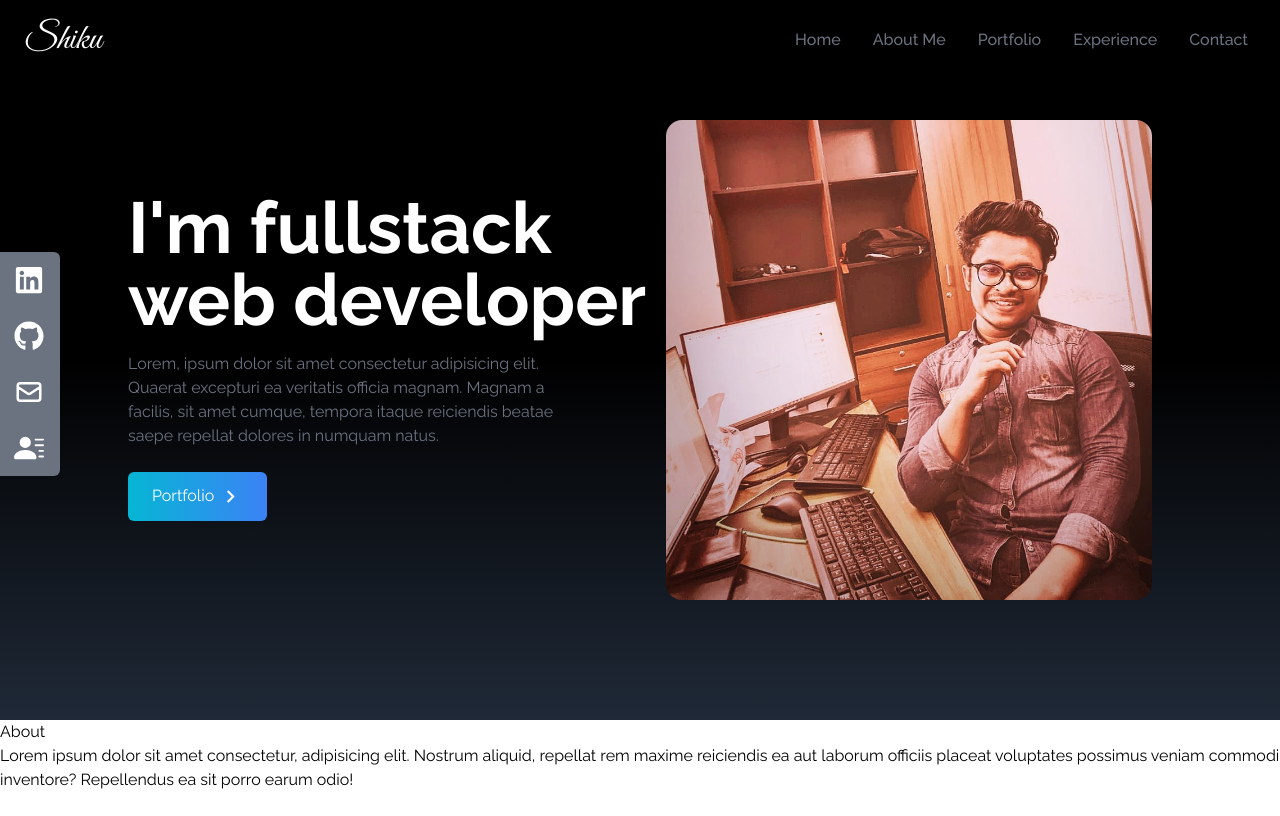
Repository: shikubro90/portfolio2
Page: /
An editor plug-in stored every save of this project. The page is shown before and after a run of saves, followed by the edit.
The browser window is 1280 px wide. The pictures show the whole page.
The project was rebuilt for these pictures with package versions that can differ from the ones it lists, and the page was loaded fresh each time. Imported but missing from the stored project, and not drawn on this page: src/assets/CV.pdf.

Above is the page before, as saved 2022-08-26 13:32:28.

### src/index.css
@import url('https://fonts.googleapis.com/css2?family=Raleway:ital,wght@0,200;0,300;0,400;0,500;0,600;0,700;0,800;0,900;1,100;1,200;1,300;1,400;1,500;1,600;1,700;1,800;1,900&display=swap');

@import url('https://fonts.googleapis.com/css2?family=Great+Vibes&display=swap');

@tailwind base;
@tailwind components;
@tailwind utilities;

@layer base{
  html{
    font-family: 'Raleway', sans-serif;
  }
}

### src/App.js
import About from "./components/About";
import Home from "./components/Home";
import Navbar from "./components/Navbar";
import SocialMedia from "./components/SocialMedia";


function App() {
  return (
    <div>
      <Navbar/>
      <Home/>
      <SocialMedia/>
      <About/>
    </div>
  );
}

export default App;

### src/components/About.jsx
import React from 'react'

const About = () => {
  return (
    <div>
      <div>
        <p>About</p>
      </div>
      <p>
        Lorem ipsum dolor sit amet consectetur, adipisicing elit. Nostrum aliquid, repellat rem maxime reiciendis ea aut laborum officiis placeat voluptates possimus veniam commodi inventore? Repellendus ea sit porro earum odio!
      </p>

      <br />

    </div>
  )
}

export default About

### src/components/Home.jsx
import React from 'react'
import heroImage from '../assets/about_me.png'
import {MdOutlineKeyboardArrowRight} from "react-icons/md"

const Home = () => {
  return (
    <div name="home" className='h-screen w-full bg-gradient-to-b from-black via-black to-gray-800 px-4'>
        <div className='max-w-screen-lg mx-auto flex flex-col md:flex-row items-center justify-center h-full'>

            <div className='flex flex-col justify-center text-white'>
                <h1 className='text-4xl sm:text-7xl font-bold'>I'm fullstack web developer</h1>

                <p className='text-gray-500 py-4 max-w-md'>Lorem, ipsum dolor sit amet consectetur adipisicing elit. Quaerat excepturi ea veritatis officia magnam. Magnam a facilis, sit amet cumque, tempora itaque reiciendis beatae saepe repellat dolores in numquam natus.</p>

                <button className='group w-fit flex flex-row items-center px-6 py-3 my-2 rounded-md bg-gradient-to-r from-cyan-500 to-blue-500 cursor-pointer'>
                    Portfolio
                    <span className='group-hover:rotate-90 duration-200'>
                        <MdOutlineKeyboardArrowRight className="ml-1" size={25} />
                    </span>
                </button>

            </div>
            <div>
                <img src={heroImage} alt="heroImage" className='rounded-2xl'/>
            </div>
        </div>
    </div>
  )
}

export default Home

### src/components/Navbar.jsx
import React, { useState } from 'react'
import {FaBars, FaTimes} from 'react-icons/fa'

const Navbar = () => {

  const [nav, setNav] = useState(false)

  const links =[
    {
      id : 1,
      link : "Home"
    },
    {
      id : 2,
      link : "About Me"
    },
    {
      id : 3,
      link : "Portfolio"
    },
    {
      id : 4,
      link : "Experience"
    },
    {
      id : 5,
      link : "Contact"
    },
  ]

  return (
    <div className='bg-black text-white flex justify-between items-center px-4 fixed w-full h-20'>
      <div>
        <h1 className='text-4xl font-signature ml-2'>Shiku</h1>
      </div>

        <ul className='hidden md:flex'>
          {
            links.map((link)=>{
              return(
                <li key={link.id} className='px-4 cursor-pointer capitalize font-medium text-gray-500 hover:scale-105 duration-200 '>
                  {link.link}
                </li>
              )
            })
          }
        </ul>
        <div onClick={()=>{return setNav(!nav)}} className='cursor-pointer pr-10 z-10 text-gray-500 md:hidden'>
          {nav? <FaTimes size={30}/> : <FaBars size={30}/>  }
        </div>

          {nav && (
            <ul className='absolute top-0 left-0 w-full flex flex-col items-center justify-center h-screen bg-gradient-to-b from-black to-gray-800 text-gray-500'>
              {
                links.map(({id, link})=>{
                  return(
                    <li key={id} className='px-4 py-6 text-3xl cursor-pointer capitalize font-medium text-gray-500 hover:scale-105 duration-200 '>
                        {link}
                    </li>
                  )
                })
              }
            </ul>
          )}
    </div>
  )
}

export default Navbar

### src/components/SocialMedia.jsx
import React from 'react'
import {FaGithub, FaLinkedin} from "react-icons/fa"
import {HiOutlineMail} from "react-icons/hi"
import {BsFillPersonLinesFill} from "react-icons/bs"
import resume from '../assets/CV.pdf'

const links = [
    {
        id : 1,
        child : (
            <>
                LinkedIn <FaLinkedin size={30}/>
            </>
        ),
        href : "https://linkedin.com",
        style : 'rounded-tr-md'
    },
    {
        id : 2,
        child : (
            <>
                GitHub <FaGithub size={30}/>
            </>
        ),
        href : "https://github.com/shikubro90?tab=repositories",
    },
    {
        id : 3,
        child : (
            <>
                Mail <HiOutlineMail size={30}/>
            </>
        ),
        href : "mailto:shikubro90@gmail.com",
    },
    {
        id : 4,
        child : (
            <>
                Resume <BsFillPersonLinesFill size={30}/>
            </>
        ),
        href : resume,
        style : 'rounded-br-md',
        download: true
    },
]

const SocialMedia = () => {
  return (
    <div className='hidden lg:flex text-white flex flex-col fixed top-[35%] left-0'>
        <ul>
            {links.map(({id, child, style, href, download})=>{
                return(
                    <li key={id} className={`flex justify-between items-center ml-[-100px] hover:ml-[-10px] duration-300 hover:rounded-md w-40 bg-gray-500 cursor-pointer h-14 ${style}`}>
                        <a href={href}
                            className='flex justify-between items-center w-full px-4'
                            download={download}
                            rel="noreferrer"
                            target="_blank">
                            {child}
                        </a>
                    </li>
                )
            })}
        </ul>
    </div>
  )
}

export default SocialMedia

### tailwind.config.js
/** @type {import('tailwindcss').Config} */
module.exports = {
  content: [
    "./src/**/*.{js,jsx,ts,tsx}",
  ],
  theme: {
    extend: {},
    fontFamily: {
      signature : ["Great Vibes"],
    }
  },
  plugins: [],
}

Loaded but not shown: public/index.html (common file); src/index.js (common file)

After the next 5 saves:
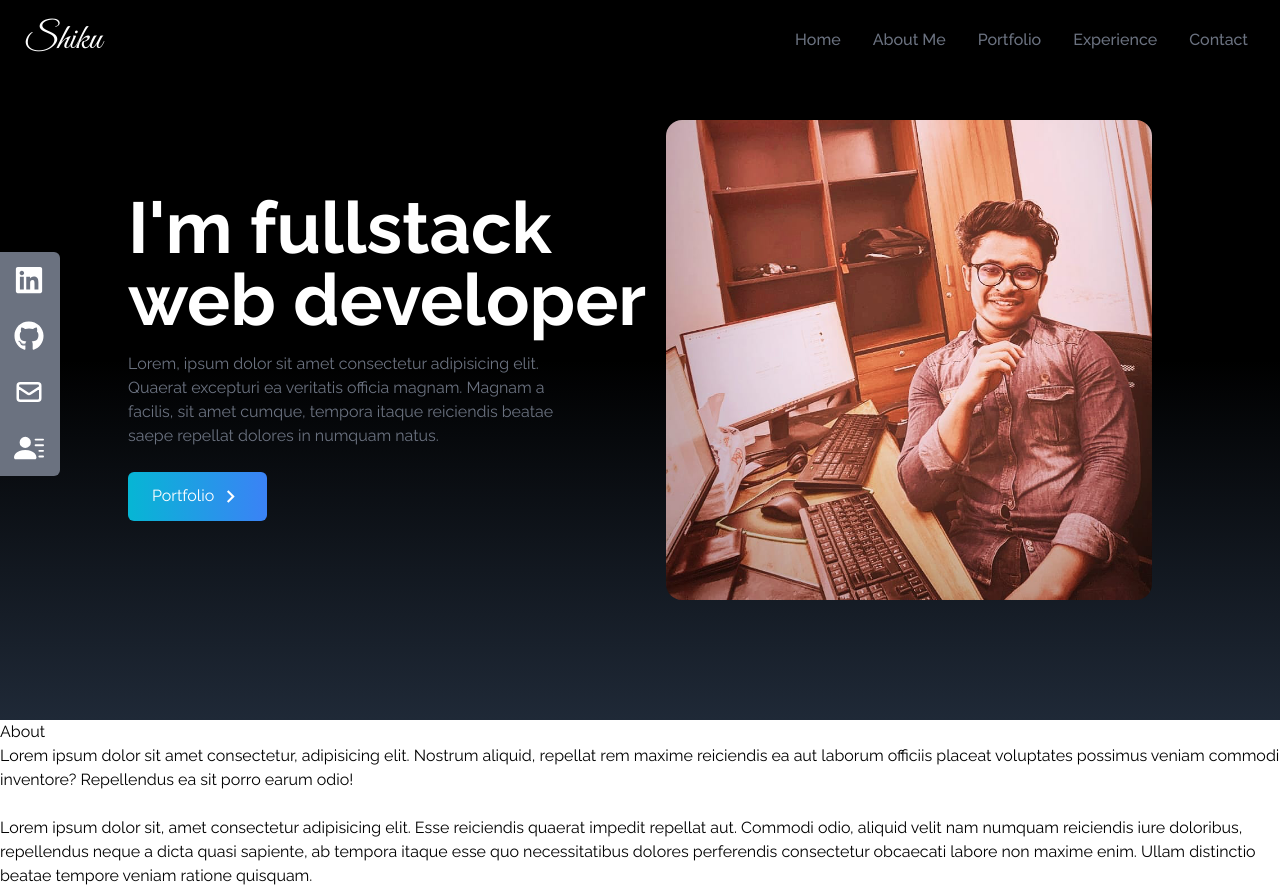
The 5 saves are shown as one change because they came seconds apart.
The last was saved 13 s later.
--- a/src/components/About.jsx
+++ b/src/components/About.jsx
@@ -12,6 +12,8 @@ const About = () => {
 
       <br />
 
+      <p>Lorem ipsum dolor sit, amet consectetur adipisicing elit. Esse reiciendis quaerat impedit repellat aut. Commodi odio, aliquid velit nam numquam reiciendis iure doloribus, repellendus neque a dicta quasi sapiente, ab tempora itaque esse quo necessitatibus dolores perferendis consectetur obcaecati labore non maxime enim. Ullam distinctio beatae tempore veniam ratione quisquam.</p>
+
     </div>
   )
 }
